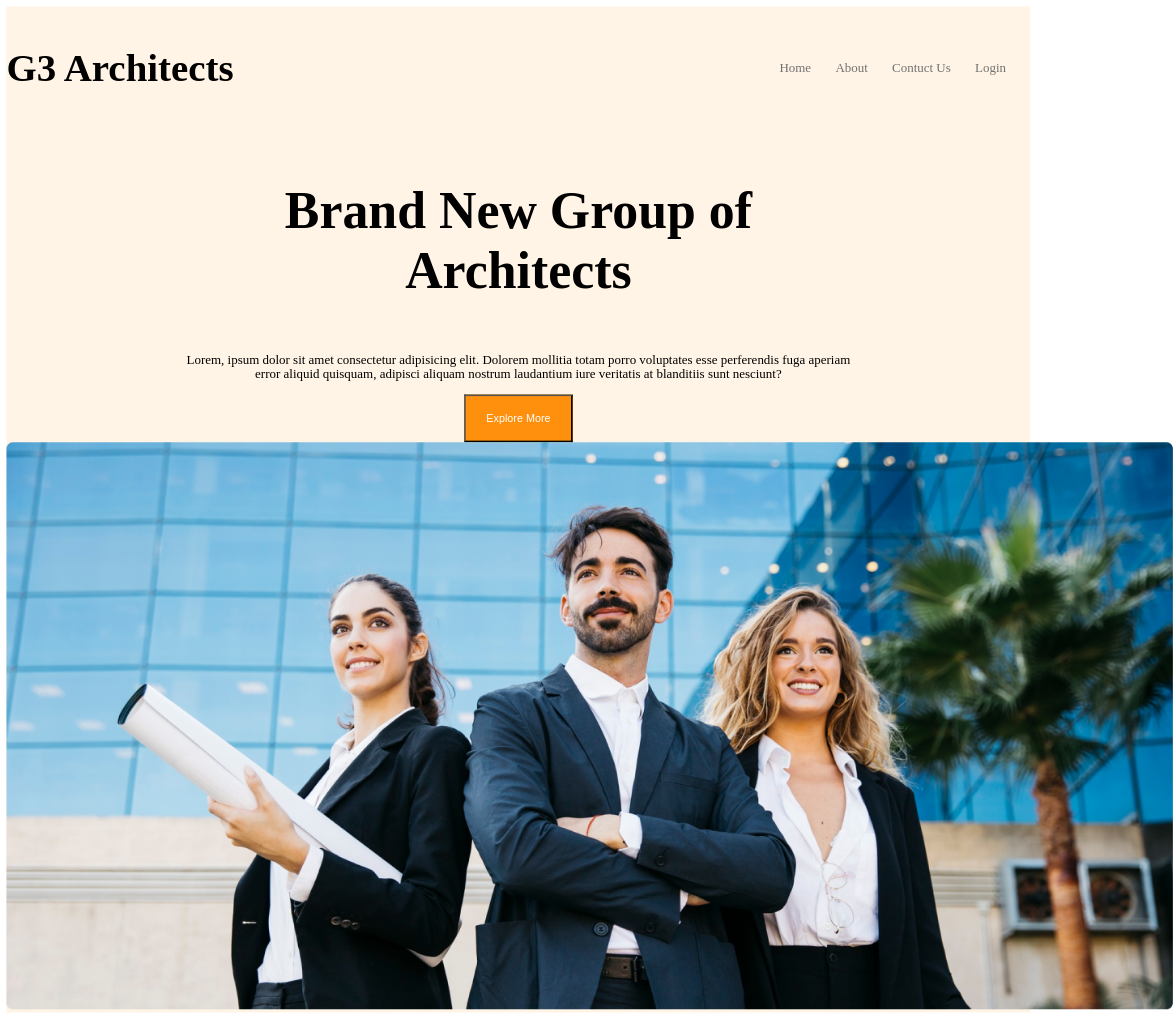
Repository: Safin421/g3-responsive-website
Page: index.html
The author's editor kept a copy of each file at every save. The page is drawn from the files as they stood at one save, then again after the next save.
The browser window is 1280 px wide. The page is 1448 px wide, so the pictures cover 1448 px, including what lies to the right of the window. The pictures show the whole page, at 81% of full size.

Above is the page before, as saved 2024-08-19 23:08:37.

### index.html
<!DOCTYPE html>
<html lang="en">
<head>
    <meta charset="UTF-8">
    <meta name="viewport" content="width=device-width, initial-scale=1.0">
    <title>Document</title>
    <link rel="stylesheet" href="style/style.css">
</head>
<body class="work-sans-font">
    <header class="bg-light">
        <nav class="navbar display-flex">
            <h3 class="Brand">G3 Architects</h3>
            <ul class="nav-links display-flex">
                <li class="nav-items"><a href="" class="nav-link text-gray-light">Home</a></li>
                <li class="nav-items"><a href="" class="nav-link text-gray-light">About</a></li>
                <li class="nav-items"><a href="" class="nav-link text-gray-light">Contuct Us </a></li>
                <li class="nav-items"><a href="" class="nav-link text-gray-light">Login</a></li>
            </ul>
        </nav>
        <div class="baner">
           <div class="baner-content">
            <h3 class="baner-titel">Brand New Group of Architects </h3>
            <p class="baner-description">Lorem, ipsum dolor sit amet consectetur adipisicing elit. Dolorem mollitia totam porro voluptates esse perferendis fuga aperiam error aliquid quisquam, adipisci aliquam nostrum laudantium iure veritatis at blanditiis sunt nesciunt?</p>
            <button class="btn-primary">Explore More</button>
           </div>
            <img src="images/banner.png" alt="">

        </div>


    </header>
    <main>

    </main>
    <footer>

    </footer>
</body>
</html>

### style/style.css
@import url('https://fonts.googleapis.com/css2?family=Work+Sans:ital,wght@0,100..900;1,100..900&display=swap');



.work-sans-font> {
  font-family: "Work Sans", sans-serif;
  font-optical-sizing: auto;
  font-weight:400;
  font-style: normal;
}
/* share style */
.display-flex{
    display: flex;
}
.btn-primary{
    background-color: #ff900e;
    color: white;
    padding: 20px 25px;
}
/* dark02 */
.text-gray{
    color: #424242;
}
/* dark03 */
.text-gray-light{
    color: #727272;
}
.bg-light{
    background-color: rgba(255, 144, 14, 0.1);
}
/* header style */

/* nav releted style */
.navbar{
    justify-content: space-between;
    align-items: center;
}
.Brand{
    font-weight: 700;
    font-size: 3rem;
}
.nav-items{
    list-style: none;
    margin-right: 30px;
}
.nav-link{
    text-decoration: none;
}
.navbar , .baner{
    max-width: 1440px;
    margin: 0 auto;
}
/* banner style */
.baner-content{
    max-width: 850px;
    margin: 0 auto;
    text-align: center;
}
.baner-titel{
    font-weight: 700;
    font-size: 4rem;
}

After the next save:
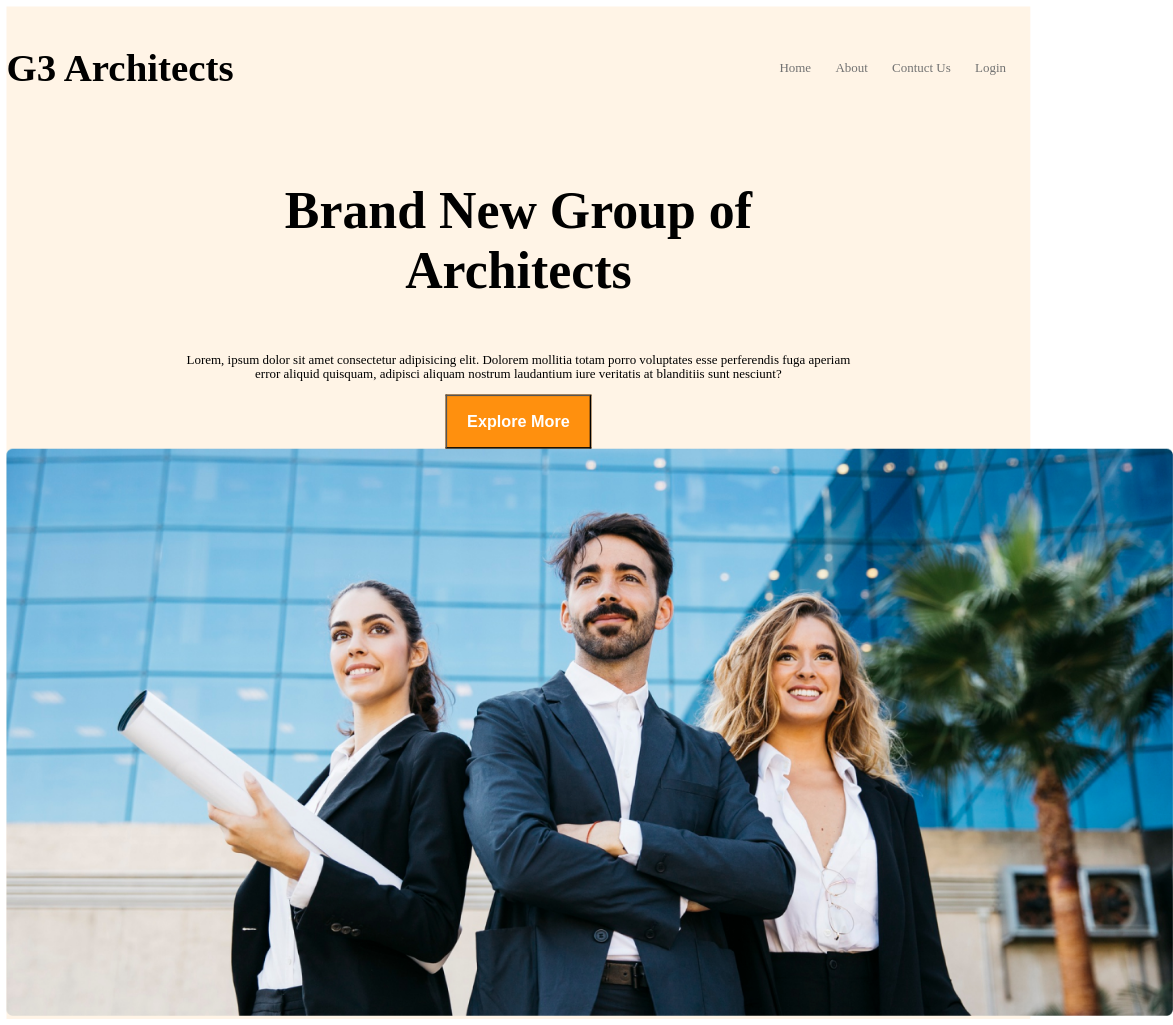
Saved 2 min 48 s later.
--- a/style/style.css
+++ b/style/style.css
@@ -16,6 +16,8 @@
     background-color: #ff900e;
     color: white;
     padding: 20px 25px;
+    font-size: 1.25rem;
+    font-weight: 600;
 }
 /* dark02 */
 .text-gray{
